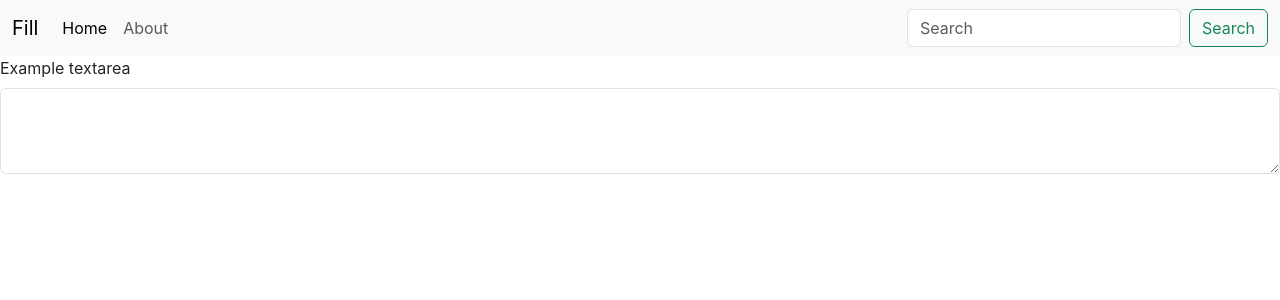
Repository: ASHUTOSH30LUV/news
Page: /
The author's editor kept a copy of each file at every save. The page is drawn from the files as they stood at one save, then again after the next save.
The browser window is 1280 px wide. The pictures show the whole page.
The project was rebuilt for these pictures with package versions that can differ from the ones it lists, and the page was loaded fresh each time. Also part of the build but not shown: src/App.css.

Above is the page before, as saved 2024-07-27 18:41:10.

After the next save:
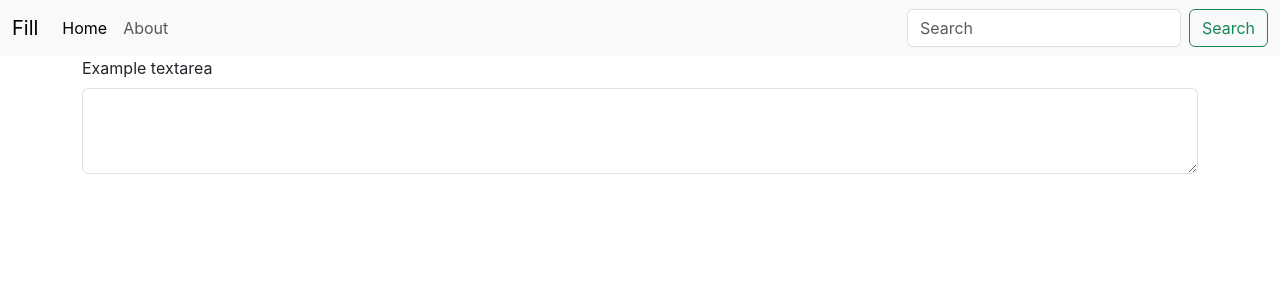
Saved 2 min 7 s later.
--- a/src/App.js
+++ b/src/App.js
@@ -8,7 +8,9 @@ function App() {
   return (
     <>
     < Navbar title="Fill" />
-    <Textform/>
+    <div className="container">
+      <Textform/>
+    </div>
     </>
   );
 }
